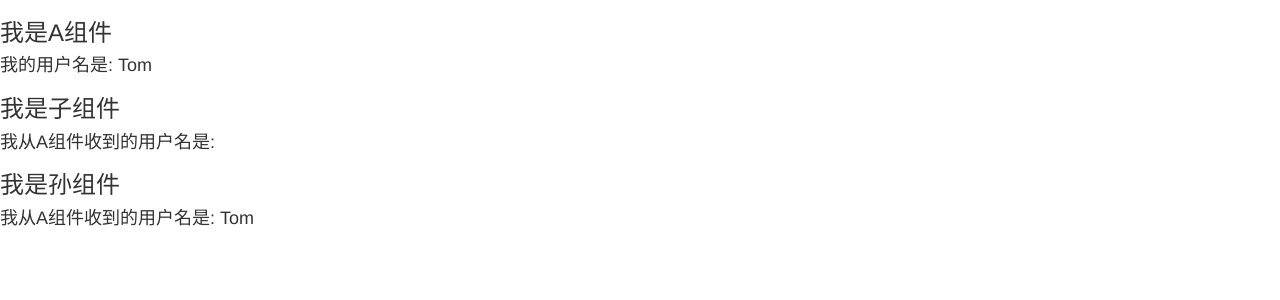
Repository: JinYiGao/ReactLearning
Page: / (app in 14.React脚手架/react_extension/)
These files come from the project's save history. The page is drawn as it stood at one moment and after a run of saves; the edit follows.
The browser window is 1280 px wide. The pictures show the whole page.
The project was rebuilt for these pictures with package versions that can differ from the ones it lists, and the page was loaded fresh each time.

Above is the page before, as saved 2022-04-12 23:24:56.

After the next 2 saves:
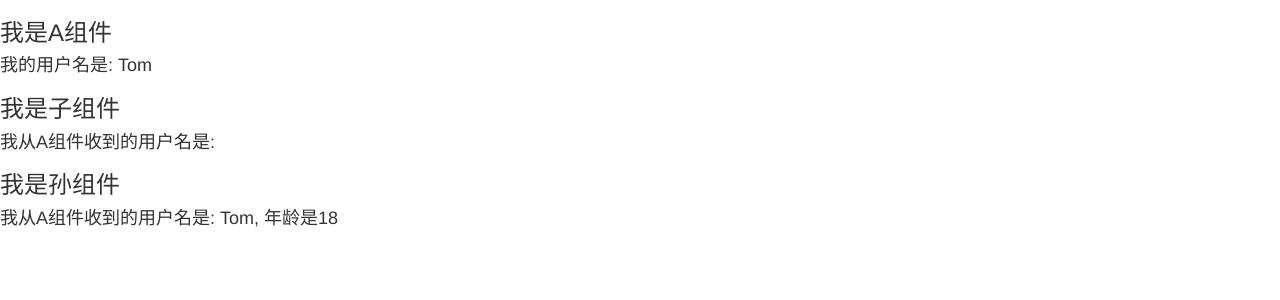
The 2 saves are shown as one change because 1 did not build or start.
The last was saved 75 s later.
--- a/14.React脚手架/react_extension/src/components/5_Context/index.jsx
+++ b/14.React脚手架/react_extension/src/components/5_Context/index.jsx
@@ -4,7 +4,7 @@
  * @Author: JinYiGao
  * @Date: 2022-04-12 23:14:12
  * @LastEditors: JinYiGao
- * @LastEditTime: 2022-04-12 23:24:02
+ * @LastEditTime: 2022-04-12 23:25:35
  */
 import React, { Component } from 'react'
 
@@ -12,14 +12,14 @@ import React, { Component } from 'react'
 const MyContext = React.createContext();
 
 export default class A extends Component {
-    state = {username: 'Tom'}
+    state = {username: 'Tom', age:18}
   render() {
-    const {username} = this.state;
+    const {username, age} = this.state;
     return (
       <div>
           <h3>我是A组件</h3>
           <h4>我的用户名是: {this.state.username}</h4>
-          <MyContext.Provider value={username}>
+          <MyContext.Provider value={{username, age}}>
           <B></B>
           </MyContext.Provider>
       </div>
@@ -48,7 +48,7 @@ class C extends Component {
         return (
             <div>
                 <h3>我是孙组件</h3>
-                <h4>我从A组件收到的用户名是: {this.context}</h4>
+                <h4>我从A组件收到的用户名是: {this.context.username}, 年龄是{this.context.age}</h4>
             </div>
         )
     }
